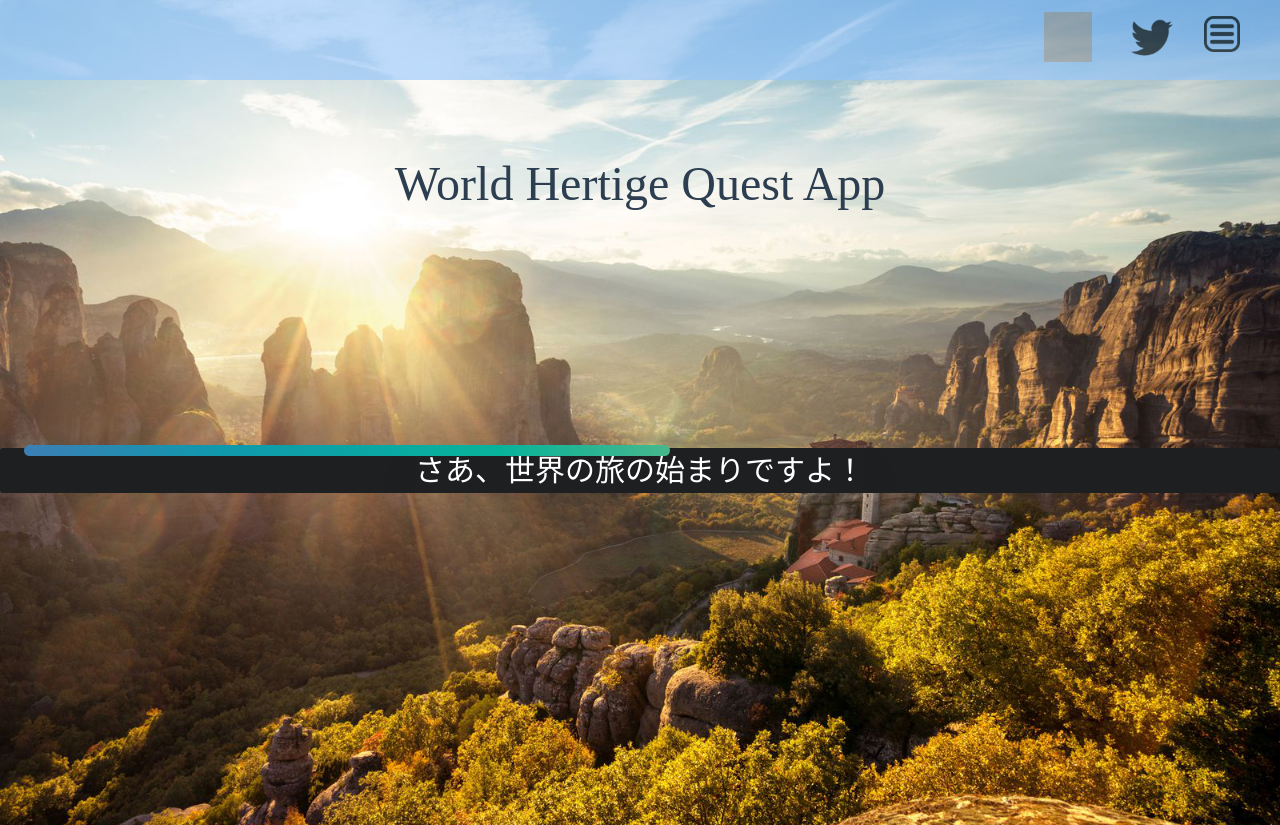
Repository: hashiz008/World-Heritage-Travel-App
Page: /
An editor plug-in stored every save of this project. The page is shown before and after the next save, followed by the edit.
The browser window is 1280 px wide. The pictures show the whole page.
Pictures or frames that could not be fetched are drawn as grey boxes. Some web fonts or font styles are not loaded; a fallback is used. The project was rebuilt for these pictures with package versions that can differ from the ones it lists, and the page was loaded fresh each time. Also part of the build but not shown: vue.config.js.

Above is the page before, as saved 2022-01-25 11:38:57.

### src/App.vue
<template>
    <div id="nav"></div>
    <router-view />
</template>

<style>
#app {
    font-family: Avenir, Helvetica, Arial, sans-serif;
    -webkit-font-smoothing: antialiased;
    -moz-osx-font-smoothing: grayscale;
    text-align: center;
    color: #2c3e50;
}

#nav {
    padding: 30px;
}

#nav a {
    font-weight: bold;
    color: #2c3e50;
}

#nav a.router-link-exact-active {
    color: #42b983;
}
</style>

### src/router/index.ts
import { createRouter, createWebHistory, RouteRecordRaw } from 'vue-router'
import TopPage from '../views/TopPage.vue'

const routes: Array<RouteRecordRaw> = [
  {
    path: '/',
    name: 'TopPage',
    component: TopPage
  },
  {
    path: '/mainPage',
    name: 'MainPage',
    // route level code-splitting
    // this generates a separate chunk (about.[hash].js) for this route
    // which is lazy-loaded when the route is visited.
    component: () => import(/* webpackChunkName: "about" */ '../views/MainPage.vue')
  }
]

const router = createRouter({
  history: createWebHistory(process.env.BASE_URL),
  routes
})

export default router

### src/views/TopPage.vue
<template>
    <div class="backImgDiv">
        <div class="backImg">
            <div class="menu bg-blue-300 opacity-60 pr-10 flex justify-end">
                <input id="nav-input" type="checkbox" class="input invisible" />
                <div
                    class="rounded-full hover:bg-blue-100 hover:opacity-80 w-14 h-14 mt-1 mr-7 pt-2 pl-2"
                >
                    <a href="https://github.com/hashiz008"
                        ><img
                            class="cursor-pointer githubIcon"
                            src="../img//githubIcon.png"
                            alt="githubIcon"
                    /></a>
                </div>
                <div
                    class="rounded-full hover:bg-blue-100 hover:opacity-80 w-14 h-14 mr-7 mt-1 pt-2 pl-2"
                >
                    <a href="https://twitter.com/hashiz008"
                        ><img
                            class="cursor-pointer twitterIcon"
                            src="../img//twitterIcon2.png"
                            alt="twitter"
                    /></a>
                </div>
                <label for="nav-input"
                    ><img
                        class="cursor-pointer mt-4 w-9 h-9"
                        src="../img/menuIcon.png"
                        alt="menuIcon"
                /></label>
                <div class="detail pt-10 text-white">
                    <h2 class="text-4xl">世界遺産探検アプリの紹介</h2>
                    <p class="pt-5 text-2xl">
                        このアプリは好きな数字を入力してshowボタンを押すと世界遺産の画像と名前、国名が表示されます。
                    </p>
                    <p class="pt-5 text-2xl">
                        また,それと連動してGoogleMapにピンポイントでその遺産がある場所にMarkerされます。そしてダウンロードボタンを押すと画像がダウンロードされます。
                    </p>
                    <ul class="pt-5">
                        <li class="text-2xl">ヨーロッパ編: 0~10</li>
                        <li class="text-2xl">アメリカ編: 11~20</li>
                        <li class="text-2xl">アジア編: 21~30</li>
                    </ul>
                    <p class="text-2xl pt-3">
                        いずれデータを追加する予定です。
                    </p>
                </div>
            </div>
            <div class="titleDiv flex justify-center pt-40">
                <h1 class="title text-5xl">World Hertige Quest App</h1>
            </div>
            <div class="startBtn startBtns flex justify-center">
                <!-- <router-link
                    class="shadow-2xl text-white hover:opacity-70 hover:border-blue-800 hover:bg-blue-600 rounded-full py-2 px-4 border-2 border-blue-500"
                    to="/mainPage"
                    >さあ、世界の旅の始まりですよ！</router-link
                > -->
                <router-link class="router shadow-2xl text-white" to="/mainPage"
                    >さあ、世界の旅の始まりですよ！</router-link
                >
            </div>
        </div>
    </div>
</template>

<script>
// @ is an alias to /src
export default {
    name: "Home",
};
</script>

<style scoped="lang">
@import url("https://fonts.googleapis.com/css2?family=M+PLUS+2:wght@700&family=Playfair+Display:wght@500&display=swap");
@import url("https://fonts.googleapis.com/css?family=Raleway:200");
.backImgDiv {
    margin-top: -60px;
}
.backImg {
    background-image: url("../assets/startPage.png");
    background-repeat: no-repeat;
    background-size: cover;
    background-position: center center;
    width: 100%;
    height: 825px;
}
.menu {
    position: fixed;
    width: 100%;
    height: 80px;
}
.detail {
    width: 100%;
    height: 100%;
    position: fixed;
    left: 0;
    margin-top: 80px;
    display: none;
    background-color: #112129;
    animation: detail 2s;
}
@keyframes detail {
    0% {
        transform-origin: bottom;
        transform: scaleY(0);
    }
}
#nav-input:hover ~ .detail {
    display: block;
}
#input:hover ~ .titleDiv {
    display: none;
}
.titleDiv {
    animation: title 2s;
}
@keyframes title {
    0% {
        transform: rotate(0deg);
    }
    100% {
        transform: rotate(360deg);
    }
}
.title {
    font-family: "Libre Baskerville", serif;
}
.githubIcon {
    width: 50px;
    height: 50px;
}
.twitterIcon {
    width: 50px;
    height: 50px;
}
.startBtn {
    font-size: 30px;
    margin-top: 15rem;
}
.startBtn {
     --borderWidth: 3px;
     background: #1d1f20;
     position: relative;
     border-radius: var(--borderWidth);
}
.router:after {
    content: "";
    position: absolute;
    top: calc(-1 * var(--borderWidth));
    left: calc(8 * var(--borderWidth));
    right: calc(5 * var(--borderWidth));
    bottom: calc(10 * var(--borderWidth));
    height: calc(10% + var(--borderWidth) * 2);
    width: calc(50% + var(--borderWidth) * 2);
    background: linear-gradient(
        60deg,
        #f79533,
        #f37055,
        #ef4e7b,
        #a166ab,
        #5073b8,
        #1098ad,
        #07b39b,
        #6fba82
    );
    border-radius: calc(10 * var(--borderWidth));
    z-index: 1;
    animation: animatedgradient 3s ease alternate infinite;
    background-size: 300% 300%;
}

@keyframes animatedgradient {
    0% {
        background-position: 0% 50%;
    }
    50% {
        background-position: 100% 50%;
    }
    100% {
        background-position: 0% 50%;
    }
}
</style>

Loaded but not shown: src/main.ts (common file); src/index.css (common file); tailwind.config.js (common file)

After the next save:
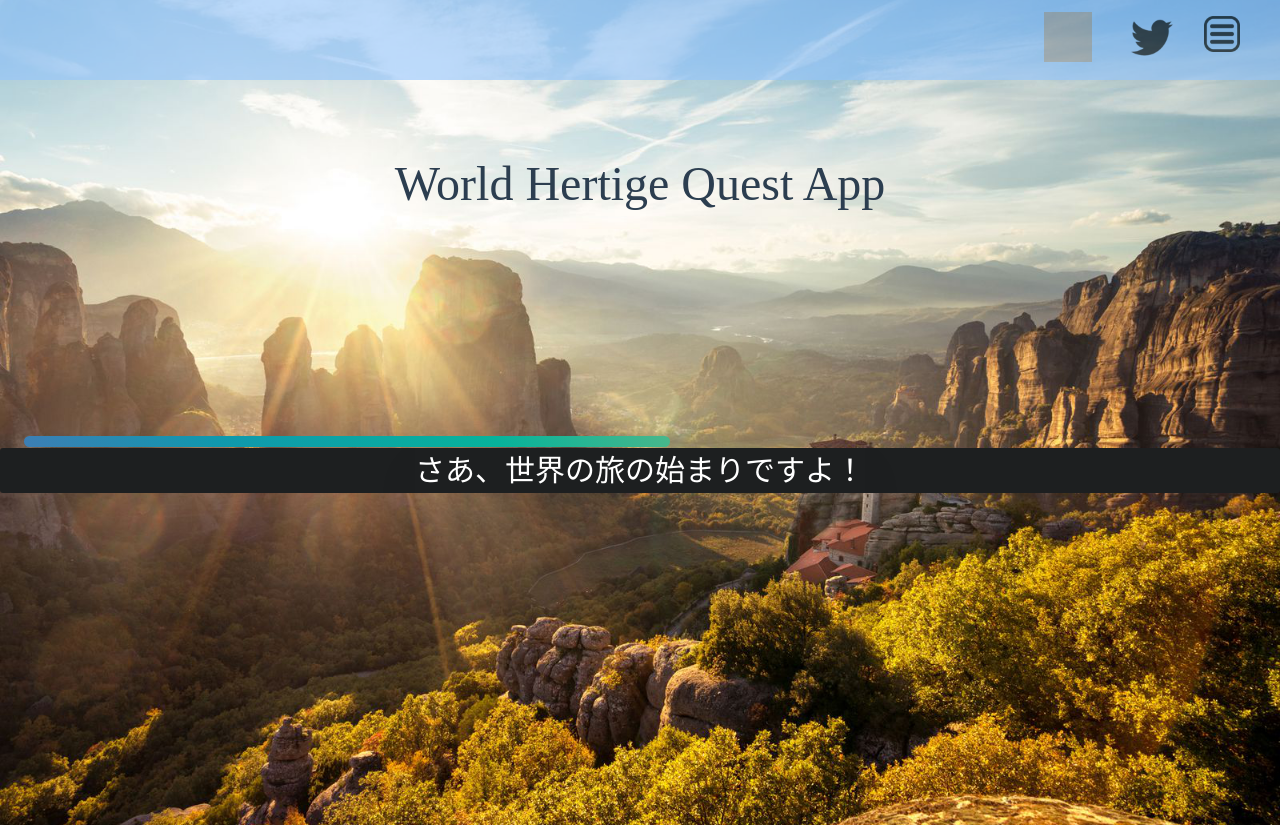
Saved 24 s later.
--- a/src/views/TopPage.vue
+++ b/src/views/TopPage.vue
@@ -147,7 +147,7 @@ export default {
 .router:after {
     content: "";
     position: absolute;
-    top: calc(-1 * var(--borderWidth));
+    top: calc(-4 * var(--borderWidth));
     left: calc(8 * var(--borderWidth));
     right: calc(5 * var(--borderWidth));
     bottom: calc(10 * var(--borderWidth));
